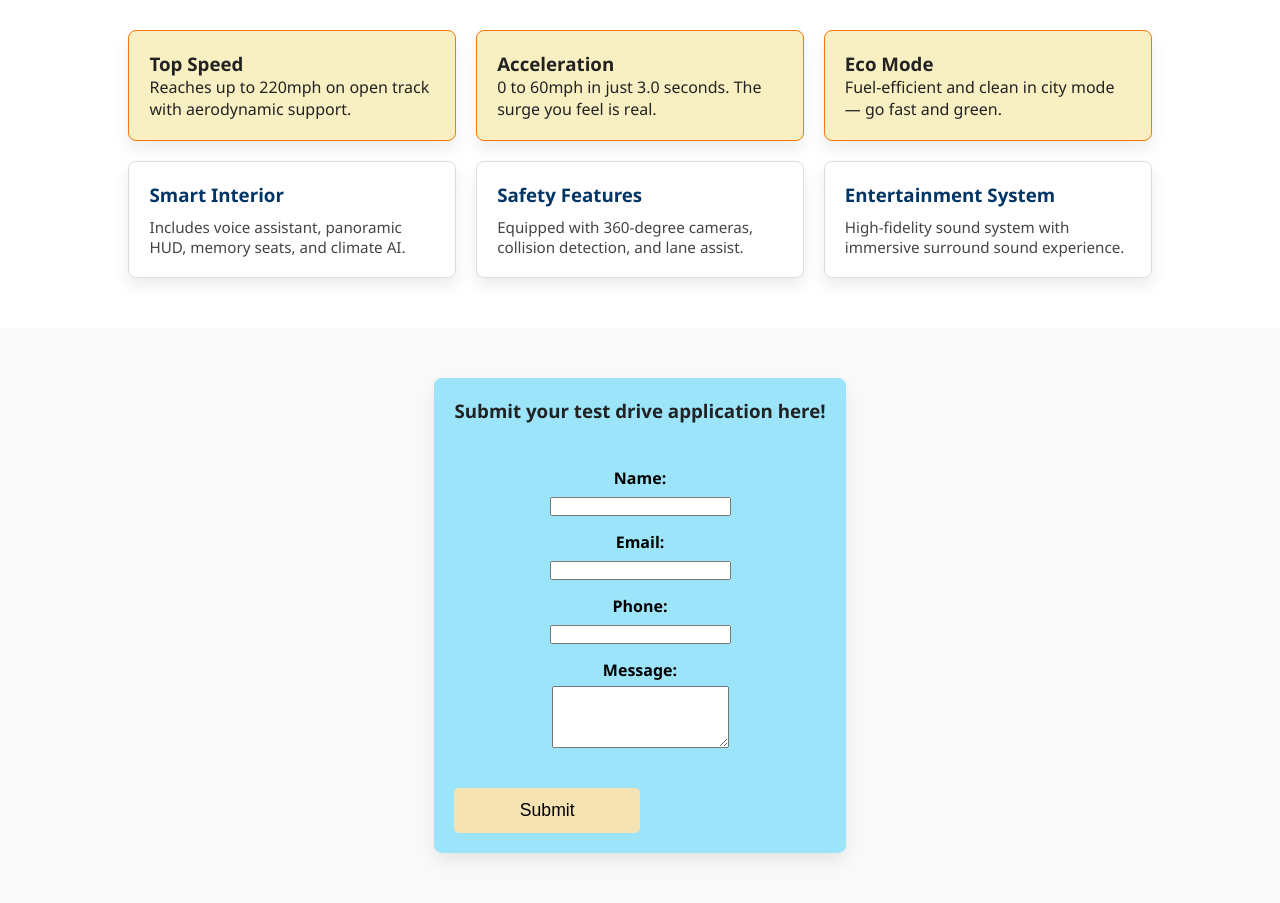
Repository: JiaheSu22/vrooom-responsive-main
Page: index.html
The author's editor kept a copy of each file at every save. The page is drawn from the files as they stood at one save, then again after the next save.
The browser window is 1280 px wide. The pictures show the part of the page from y = 740 to 1643 px (the page is 1643 px tall).
A picture or video elsewhere on the page could not be fetched, so the positions and the page height are approximate.

Above is the page before, as saved 2025-04-11 15:09:16.

After the next save:
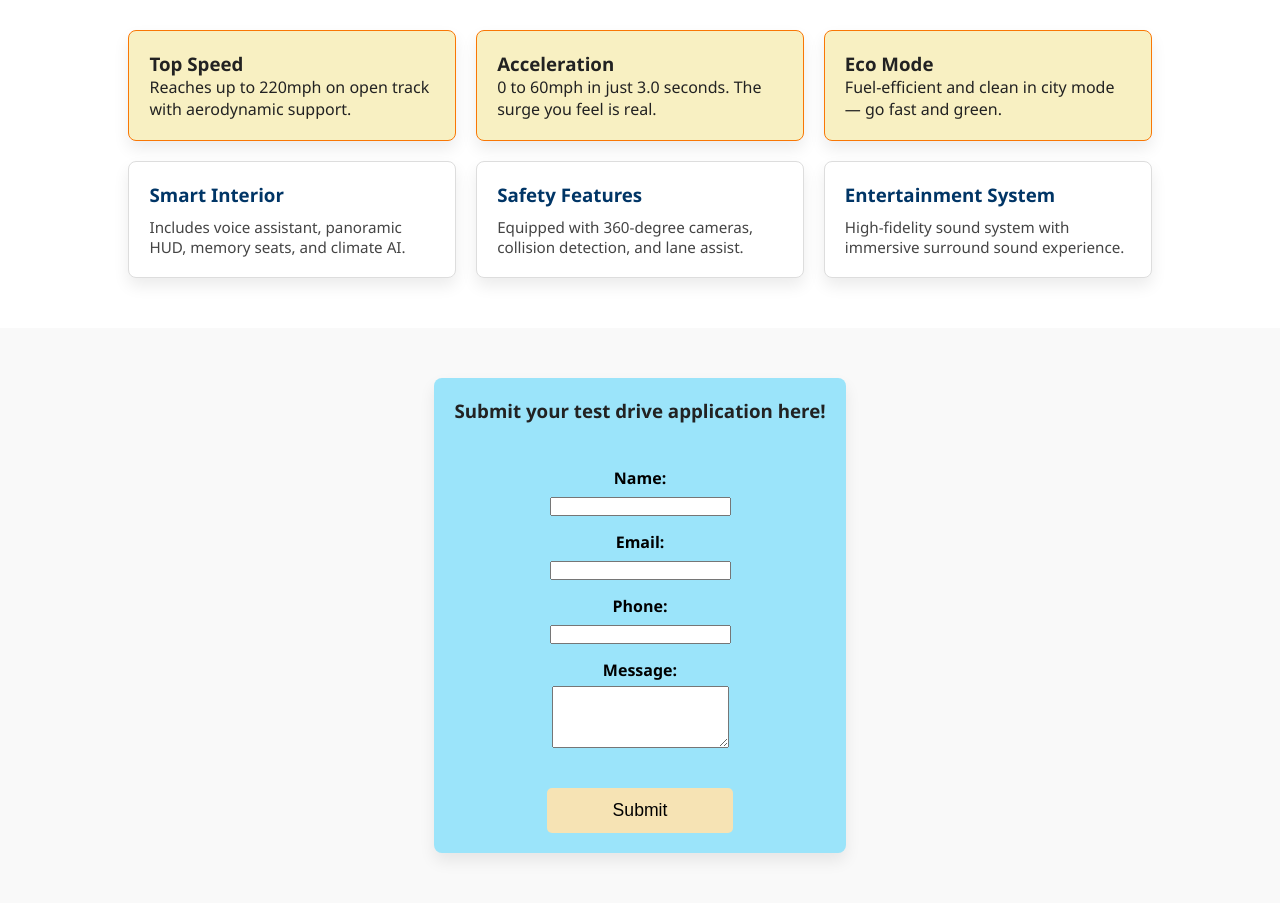
Saved 13 s later.
--- a/index.html
+++ b/index.html
@@ -179,7 +179,7 @@
     }
 
     .form-section button {
-      text-align: center;
+      margin: auto;
       background: #f6e3b4;
       color: #000000;
       border: none;
